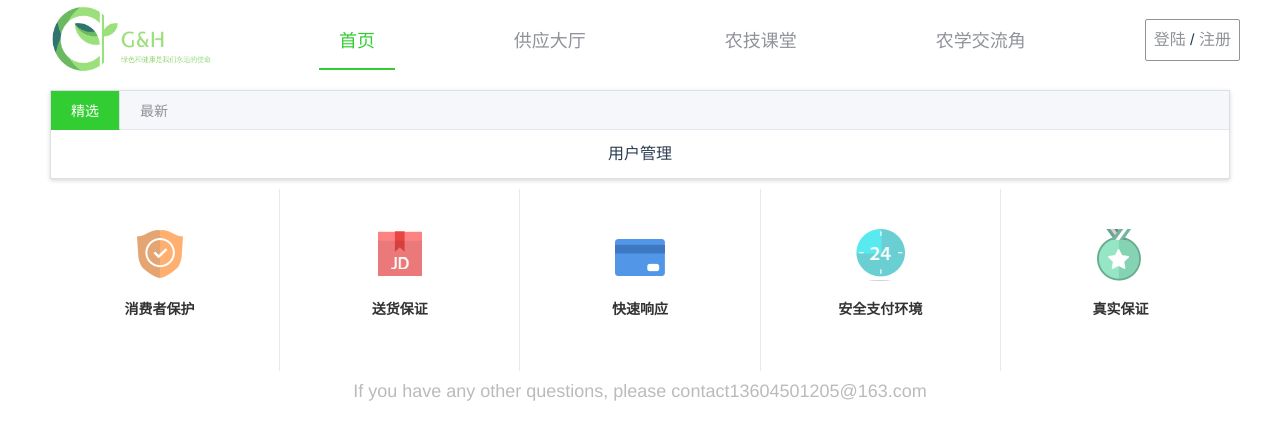
Repository: Miraitowa007/neau
Page: /class
The author's editor kept a copy of each file at every save. The page is drawn from the files as they stood at one save, then again after the next save.
The browser window is 1280 px wide. The pictures show the whole page.
The project was rebuilt for these pictures with package versions that can differ from the ones it lists, and the page was loaded fresh each time. Also part of the build but not shown: vue.config.js, src/views/home/index.vue, src/views/login/index.vue, src/views/sale/index.vue, src/views/communication/index.vue.

Above is the page before, as saved 2021-04-29 16:45:47.

After the next save:
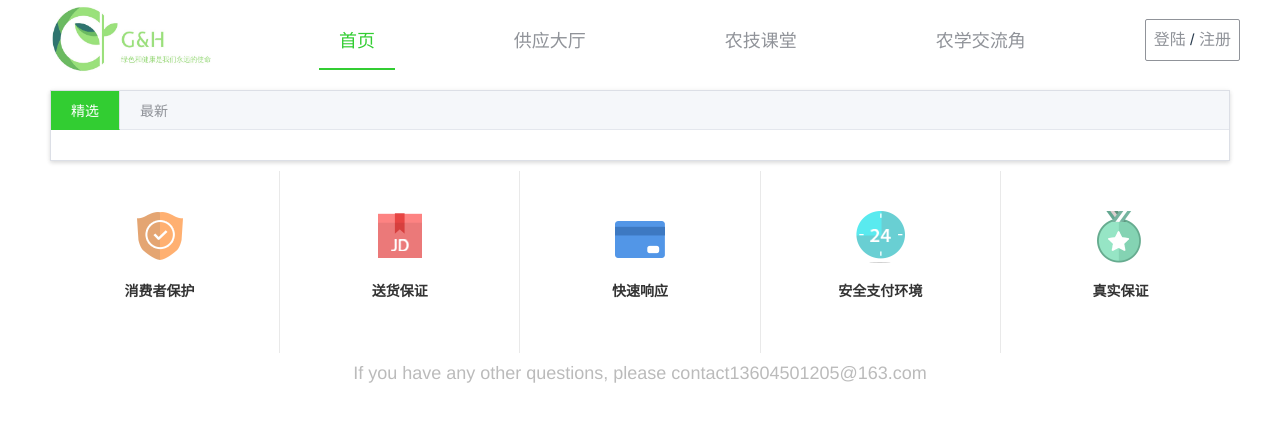
Saved 6 min 49 s later.
--- a/src/views/class/index.vue
+++ b/src/views/class/index.vue
@@ -1,14 +1,23 @@
 <template>
     <div class="class">
         <el-tabs type="border-card">
-            <el-tab-pane label="精选">用户管理</el-tab-pane>
-            <el-tab-pane label="最新">配置管理</el-tab-pane>
+            <el-tab-pane label="精选">
+                <div></div>
+            </el-tab-pane>
+            <el-tab-pane label="最新">
+                <div></div>
+            </el-tab-pane>
         </el-tabs>
     </div>
 </template>
 <script>
 export default {
-
+    data(){
+        return{
+            FeaturedList:[],
+            UptodateList:[]
+        }
+    }
 }
 </script>
 <style lang="scss">
